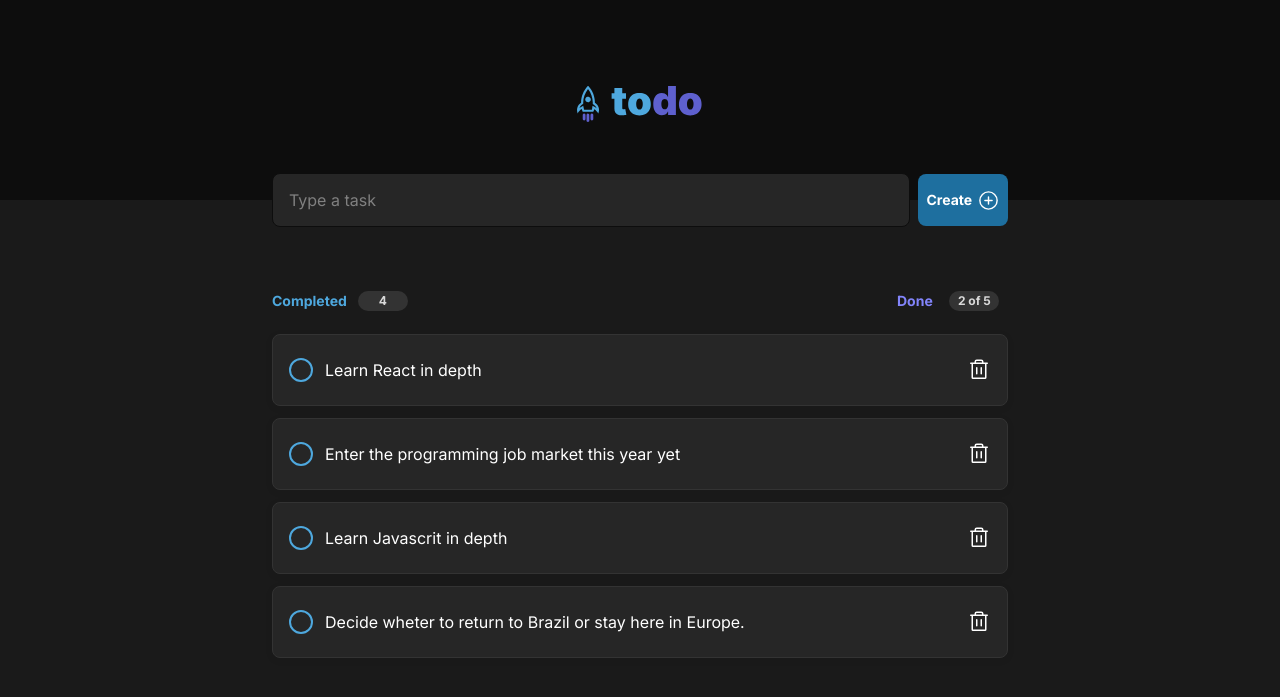
Repository: JoseGu1llardi/to-do-list-D01
Page: /
The author's editor kept a copy of each file at every save. The page is drawn from the files as they stood at one save, then again after the next save.
The browser window is 1280 px wide. The pictures show the whole page.
The project was rebuilt for these pictures with package versions that can differ from the ones it lists, and the page was loaded fresh each time. Requests to the local data server were answered from the project's data file. Also part of the build but not shown: vite.config.ts.

Above is the page before, as saved 2023-03-13 10:38:58.

### index.html
<!DOCTYPE html>
<html lang="en">
  <head>
    <meta charset="UTF-8" />

    <link rel="preconnect" href="https://fonts.googleapis.com" />
    <link rel="preconnect" href="https://fonts.gstatic.com" crossorigin />

    <link
      href="https://fonts.googleapis.com/css2?family=Inter:wght@400;700&display=swap"
      rel="stylesheet"
    />

    <link rel="icon" type="image/svg+xml" href="/vite.svg" />
    <meta name="viewport" content="width=device-width, initial-scale=1.0" />
    <title>Vite + React + TS</title>
  </head>
  <body>
    <div id="root"></div>
    <script type="module" src="/src/main.tsx"></script>
  </body>
</html>

### src/App.tsx
import { TaskProvider } from './contexts/TaskContext';

import { Header } from "./components/Header";
import { Input } from "./components/Input";
import { Button } from "./components/Button";
import { TasksList } from "./components/TasksList";

import styles from './App.module.css';
import "./global.css";

function App() {
  return (
    <TaskProvider>
      <Header />

      <div className={styles.newTaskContainer}>
        <Input />
        <Button />
      </div>

      <div className={styles.tasksContainer}>
        <TasksList />
      </div>
    </TaskProvider>
  )
}

export default App

### src/contexts/TaskContext.tsx
import { useState, useEffect, createContext, ReactNode } from 'react';

import api from '../services/api';

export interface TaskType {
    id: number;
    content: string;
    status: boolean;
}

interface TaskProviderProps {
    children: ReactNode;
}

interface TaskConstextData {
    tasks: TaskType[];
    isChecked: boolean;
    changeTaskStatus: (id: number, status: boolean) => Promise<void>
}

export const TaskContext = createContext({} as TaskConstextData);

export function TaskProvider({ children }: TaskProviderProps) {
    const [tasks, setTasks] = useState<TaskType[]>([]);
    const [isChecked, setIsChecked] = useState(Boolean);

    useEffect(() => {
        api.get("/tasks")
            .then(({ data }) => setTasks(data))
    }, [tasks, isChecked]);

    async function changeTaskStatus(id: number, status: boolean) {
        const response = await api.patch(`/tasks/${id}`, {
            status: !status
        });

        return response.data;
    }

    return (
        <TaskContext.Provider value={{ tasks, changeTaskStatus, isChecked }}>
            {children}
        </TaskContext.Provider>
    )
}

### src/components/Header/index.tsx
import Logo from '../../assets/Logo (1).svg'

import styles from './styles.module.css';

export function Header() {
    return (
        <header className={styles.container}>
            <img src={Logo} />
        </header>
    )
}

### src/components/Input/index.tsx
import styles from './styles.module.css';

export function Input() {
    return (
        <input
            type="text"
            className={styles.input}
            placeholder='Type a task'
        />
    )
}

### src/components/Button/index.tsx
import { PlusCircle } from '@phosphor-icons/react'

import styles from './styles.module.css';

export function Button() {
    return (
        <button className={styles.button}>
            <span>Create</span>
            <PlusCircle size={23} />
        </button>
    )
}

### src/components/TasksList/index.tsx
import { useContext } from 'react';

import { TaskContext } from '../../contexts/TaskContext';

import { Task } from '../Task';

import Clipboard from '../../assets/Clipboard.svg';

import styles from './styles.module.css';

export function TasksList() {
    const { tasks } = useContext(TaskContext);

    return (
        <>
            <section className={styles.info}>

                <div className={styles.created}>
                    <span>Completed</span>
                    <div className={styles.counterCreated}>
                        <p>{tasks.length}</p>
                    </div>
                </div>

                <div className={styles.done}>
                    <span>Done</span>
                    <div className={styles.doneCreated}>
                        <span>2 of 5</span>
                    </div>
                </div>

            </section>

            {
                tasks.length === 0 ? (
                    <section className={styles.tasks}>
                        <img src={Clipboard} alt="" />
                        <strong>You don't have tasks registered yet!</strong>
                        <span>Create tasks and organize your to-do list</span>
                    </section>
                ) : (
                    <section className={styles.list}>
                        {
                            tasks.map((task) => (
                                <Task
                                    key={task.id}
                                    content={task.content}
                                    status={task.status}
                                    id={task.id} />
                            ))
                        }
                    </section>
                )
            }
        </>
    )
}

### src/App.module.css
.newTaskContainer {
  display: flex;
  flex-direction: row;
  align-items: center;
  padding: 0px;
  gap: 8px;

  position: absolute;
  width: 46rem;
  height: 3.375rem;
  left: calc(50% - 736px / 2);
  top: 10.8125rem;
}

.tasksContainer {
  display: flex;
  flex-direction: column;
  align-items: flex-start;
  padding: 0px;
  gap: 24px;

  position: absolute;
  width: 736px;
  height: 287px;
  left: calc(50% - 736px / 2);
  top: 291px;
}

### src/global.css
:root {
  // Base
  --gray-100: #f2f2f2;
  --gray-200: #d9d9d9;
  --gray-300: #808080;
  --gray-400: #333333;
  --gray-500: #262626;
  --gray-600: #1a1a1a;
  --gray-700: #0d0d0d;

  --danger: #e25858;

  // Product
  --purple: #8284fa;
  --dark-purple: #5e60ce;
  --blue: #4ea8de;
  --dark-blue: #1e6f9f;
}

* {
  margin: 0;
  padding: 0;
  box-sizing: border-box;
}

body {
  color: #fff;
  background: var(--gray-600);

  width: 100%;
  height: 100%;
  max-height: 1024px;
  position: relative;
}

body,
input,
textarea,
button {
  font-family: "Inter", sans-serif;
  font-weight: 400;
  font-size: 1rem;
}

### src/services/api.ts
import axios from 'axios';

const api = axios.create({
    baseURL: "http://localhost:3000"
});

export default api;

### src/components/Header/styles.module.css
.container {
  position: absolute;
  height: 12.5rem;
  max-width: 100%;
  left: 0;
  right: 0;
  top: 0;

  display: flex;
  align-items: center;
  justify-content: center;

  background: var(--gray-700);
}

.container img {
  position: absolute;
  width: 7.875rem;
  height: 3rem;
}

### src/components/Input/styles.module.css
.input {
  box-sizing: border-box;

  display: flex;
  flex-direction: row;
  align-items: center;
  padding: 16px;
  gap: 8px;

  width: 638px;
  height: 54px;

  background: var(--gray-500);
  color: #fff;

  border: 1px solid var(--gray-700);
  border-radius: 8px;

  flex: none;
  order: 0;
  flex-grow: 1;
}

.input:focus {
  outline: transparent;
  box-shadow: 0 0 0 2px var(--dark-purple);
}

.input::placeholder {
  color: var(--gray-300);
}

### src/components/Button/styles.module.css
.button {
  width: 90px;
  height: 52px;

  display: flex;
  flex-direction: row;
  align-items: center;
  justify-content: center;
  gap: 16px;

  border: 0;
  border-radius: 8px;

  background: var(--dark-blue);
  color: white;

  cursor: pointer;

  transition: filter 0.2s;
}

.button span {
  width: 34px;
  height: 20px;

  font-weight: 700;
  font-size: 14px;
  line-height: 140%;

  color: var(--gray-100);

  flex: none;
  order: 0;
  flex-grow: 0;
}

.button img {
  width: 16px;
  height: 16px;

  flex: none;
  order: 1;
  flex-grow: 0;
}

.button:hover {
  background: var(--blue);
  filter: brightness(0.8);
}

### src/components/Task/index.tsx
import { useState, useContext } from 'react';

import { TaskContext } from '../../contexts/TaskContext';

import { Trash } from '@phosphor-icons/react'

import styles from './styles.module.css';

interface TasksProps {
    id: number;
    content: string;
    status: boolean;
}[]

export function Task({ content, status, id }: TasksProps) {
    const { changeTaskStatus, isChecked } = useContext(TaskContext);

    function handleChageTaskStatus() {
        changeTaskStatus(id, status)
    }

    return (
        <section className={styles.task}>
            <div>
                <input
                    id='checked'
                    type="checkbox"
                    onClick={handleChageTaskStatus}
                />
                <span
                    className={isChecked ? styles.isChecked : ''}
                >
                    {content}
                </span>
            </div>
            <Trash size={20} />
        </section>
    )
}

### src/components/TasksList/styles.module.css
.info {
  display: flex;
  flex-direction: row;
  justify-content: space-between;
  align-items: flex-end;
  padding: 0px;

  width: 736px;
  height: 19px;

  flex: none;
  order: 0;
  align-self: stretch;
  flex-grow: 0;
}

.created {
  display: flex;
  flex-direction: row;
  align-items: center;
  padding: 0px;
  gap: 8px;

  width: 139px;
  height: 19px;

  order: 0;
  flex-grow: 0;
}

.created span {
  font-family: "Inter";
  font-style: normal;
  font-weight: 700;
  font-size: 14px;
  line-height: 17px;

  color: var(--blue);

  flex: none;
  order: 0;
  flex-grow: 0;
}

.counterCreated {
  display: flex;
  flex-direction: row;
  justify-content: center;
  align-items: center;
  padding: 2px 8px;
  gap: 10px;
  margin: 0 auto;

  width: 50px;
  height: 20px;

  background: #333333;
  border-radius: 999px;

  order: 1;
  flex-grow: 0;
}

.counterCreated p {
  display: flex;
  flex-direction: row;
  font-style: normal;
  font-weight: 700;
  font-size: 12px;
  line-height: 15px;

  color: var(--gray-200);
}

.done {
  display: flex;
  box-sizing: border-box;
  flex-direction: row;
  align-items: center;
  padding: 0px;
  gap: 8px;

  width: 111px;
  height: 19px;

  order: 1;
  flex-grow: 0;
}

.done span {
  font-family: "Inter";
  font-style: normal;
  font-weight: 700;
  font-size: 14px;
  line-height: 17px;

  color: #8284fa;

  flex: none;
  order: 0;
  flex-grow: 0;
}

.doneCreated {
  display: flex;
  flex-direction: row;
  justify-content: center;
  box-sizing: border-box;
  align-items: center;
  padding: 2px 8px;
  gap: 10px;
  margin: 0 auto;

  width: 50px;
  height: 20px;

  background: #333333;
  border-radius: 999px;

  order: 1;
  flex-grow: 0;
}

.doneCreated span {
  display: flex;
  flex-direction: row;
  font-style: normal;
  font-weight: 700;
  font-size: 12px;
  line-height: 15px;

  color: var(--gray-200);
}

.tasks {
  box-sizing: border-box;

  display: flex;
  flex-direction: column;
  justify-content: center;
  align-items: center;
  padding: 64px 24px;
  gap: 16px;

  width: 736px;
  height: 244px;

  border-top: 1px solid #333333;
  border-radius: 8px;

  flex: none;
  order: 1;
  align-self: stretch;
  flex-grow: 0;
}

.tasks img {
  width: 56px;
  height: 56px;

  flex: none;
  order: 0;
  flex-grow: 0;
}

.tasks strong {
  display: block;
  font-style: normal;
  font-weight: 700;
  font-size: 16px;

  text-align: center;

  color: var(--gray-300);

  flex: none;
  align-self: stretch;
  flex-grow: 0;
}

.tasks span {
  font-style: normal;
  font-weight: 300;
  font-size: 16px;

  color: var(--gray-300);
}

.list {
  display: flex;
  flex-direction: column;
  align-items: flex-start;
  padding: 0px;
  gap: 12px;

  width: 736px;
  height: 382px;

  /* Inside auto layout */

  flex: none;
  order: 1;
  flex-grow: 0;
}

### src/components/Task/styles.module.css
.task {
  box-sizing: border-box;

  display: flex;
  flex-direction: row;
  align-items: center;
  flex-direction: row;
  justify-content: space-between;
  padding: 16px;
  gap: 12px;

  width: 736px;
  height: 72px;

  /* Gray 500 */

  background: #262626;
  /* Gray 400 */

  border: 1px solid #333333;
  box-shadow: 0px 2px 8px rgba(0, 0, 0, 0.06);
  border-radius: 8px;

  flex: none;
  order: 0;
  align-self: stretch;
  flex-grow: 0;
}

.task div {
  display: flex;
  flex-direction: row;
  align-items: center;
  flex-direction: row;
  gap: 12px;
}

.isChecked {
  text-decoration: line-through;
}

.task input[type="checkbox"] {
  -webkit-appearance: none;
  -moz-appearance: none;

  width: 24px;
  height: 24px;

  border: 2px solid var(--blue);
  border-radius: 50%;
  outline: none;

  background-color: transparent;
  background-position: center;
  background-repeat: no-repeat;

  cursor: pointer;

  flex: none;
  order: 0;
  flex-grow: 0;
}

.task input[type="checkbox"]:checked {
  width: 24px;
  height: 24px;

  transition-duration: all 1s ease;

  border: none;
  background-image: url("./../../assets/Layer 1.svg");
}

.task svg {
  display: flex;
  float: right;
  width: 24px;
  height: 24px;

  border-radius: 4px;

  flex: none;
  order: 2;
  flex-grow: 0;
}

.task svg:hover {
  background: #333333;
  border-radius: 4px;

  color: var(--danger);

  flex: none;
  order: 1;
  flex-grow: 0;

  cursor: pointer;
}

### src/db.json
{
  "tasks": [
    {
      "id": 1,
      "content": "Learn React in depth",
      "status": true
    },
    {
      "id": 2,
      "content": "Enter the programming job market this year yet",
      "status": false
    },
    {
      "id": 3,
      "content": "Learn Javascrit in depth",
      "status": false
    },
    {
      "id": 4,
      "content": "Decide wheter to return to Brazil or stay here in Europe.",
      "status": false
    }
  ]
}

Loaded but not shown: src/main.tsx (common file)

After the next save:
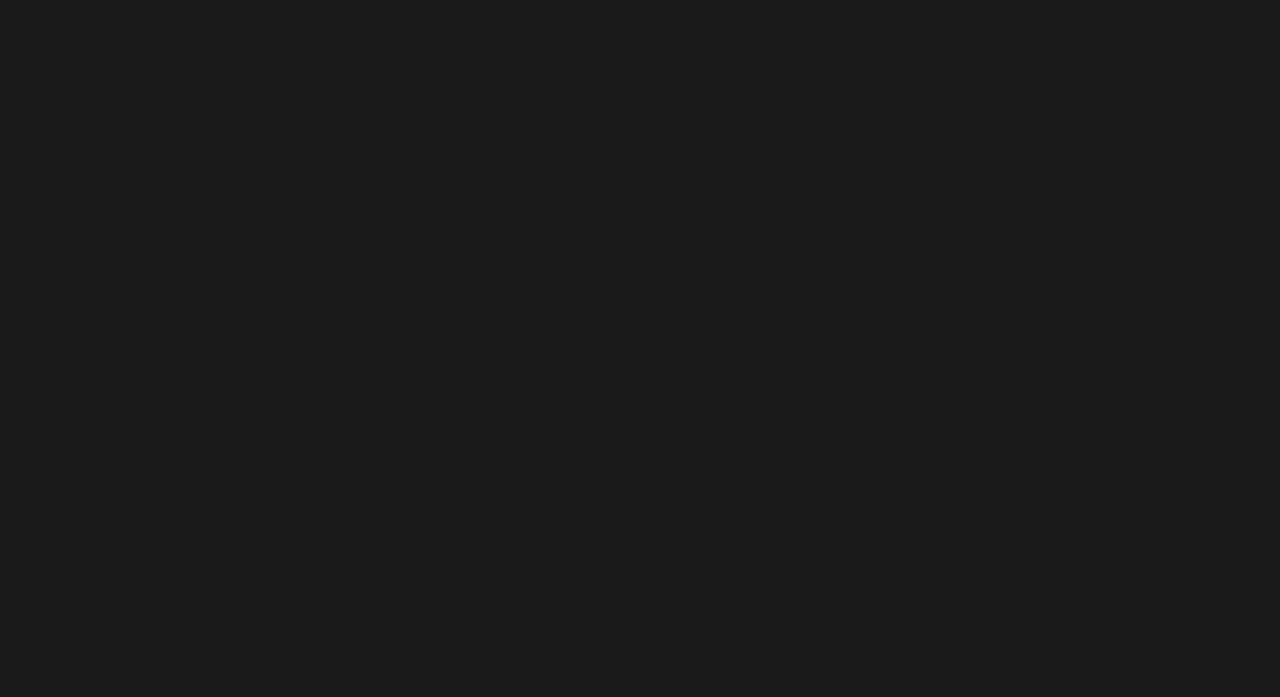
Console error: ReferenceError: handleChageTaskStatus is not defined
Saved 4 min 11 s later.
--- a/src/components/Task/index.tsx
+++ b/src/components/Task/index.tsx
@@ -1,4 +1,6 @@
 import { useState, useContext } from 'react';
+
+import api from '../../services/api';
 
 import { TaskContext } from '../../contexts/TaskContext';
 
@@ -13,10 +15,14 @@
 }[]
 
 export function Task({ content, status, id }: TasksProps) {
-    const { changeTaskStatus, isChecked } = useContext(TaskContext);
+    const { } = useContext(TaskContext);
 
-    function handleChageTaskStatus() {
-        changeTaskStatus(id, status)
+    async function changeTaskStatus(id: number, status: boolean) {
+        const response = await api.patch(`/tasks/${id}`, {
+            status: !status
+        });
+
+        return response.data;
     }
 
     return (

After the save that followed:
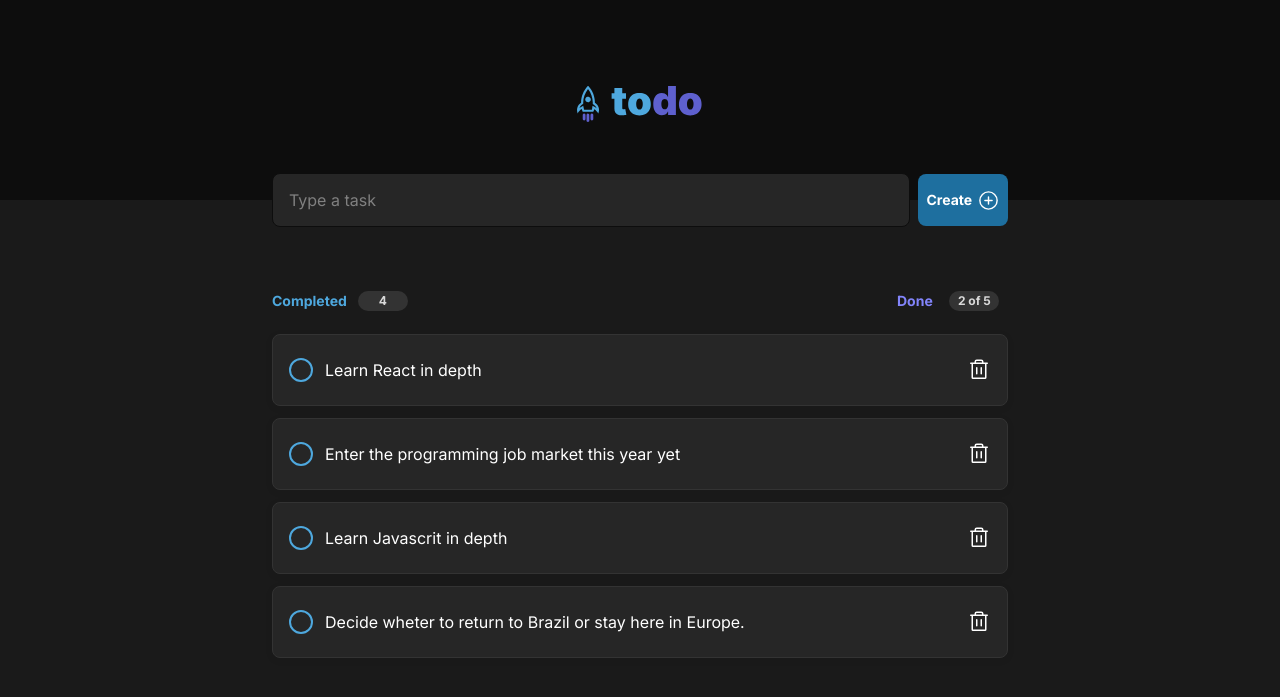
The error is gone.
Saved 38 s later.
--- a/src/components/Task/index.tsx
+++ b/src/components/Task/index.tsx
@@ -15,6 +15,7 @@
 }[]
 
 export function Task({ content, status, id }: TasksProps) {
+    const [isChecked, setIsChecked] = useState(Boolean);
     const { } = useContext(TaskContext);
 
     async function changeTaskStatus(id: number, status: boolean) {
@@ -31,7 +32,6 @@
                 <input
                     id='checked'
                     type="checkbox"
-                    onClick={handleChageTaskStatus}
                 />
                 <span
                     className={isChecked ? styles.isChecked : ''}
